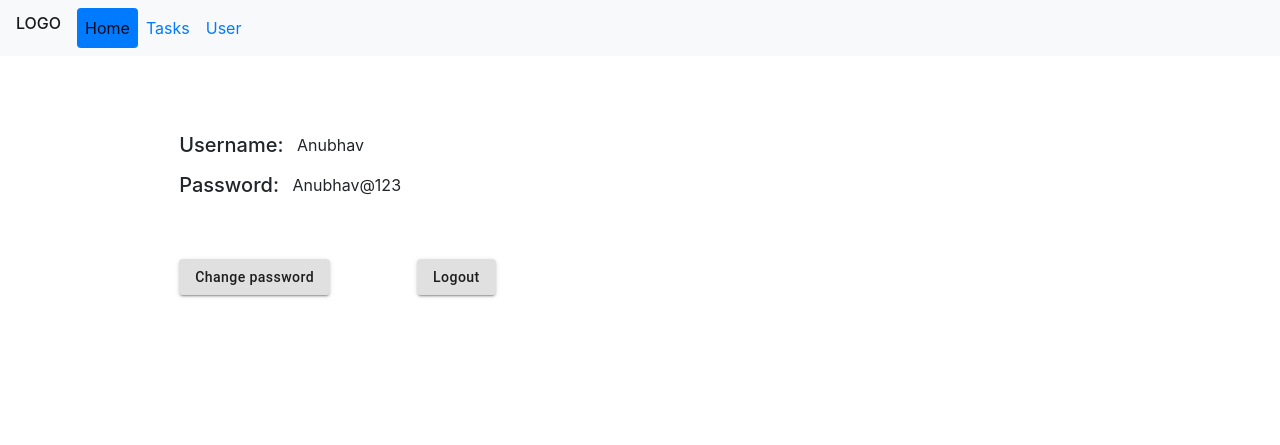
Repository: lalji-yadav/Nimapinfotech-demo-project
Page: /user
The author's editor kept a copy of each file at every save. The page is drawn from the files as they stood at one save, then again after the next save.
The browser window is 1280 px wide. The pictures show the whole page.
The project was rebuilt for these pictures with package versions that can differ from the ones it lists, and the page was loaded fresh each time. Also part of the build but not shown: src/components/Home.js, src/components/Tasks.js, src/components/Login.js.

Above is the page before, as saved 2021-01-18 11:40:45.

After the next save:
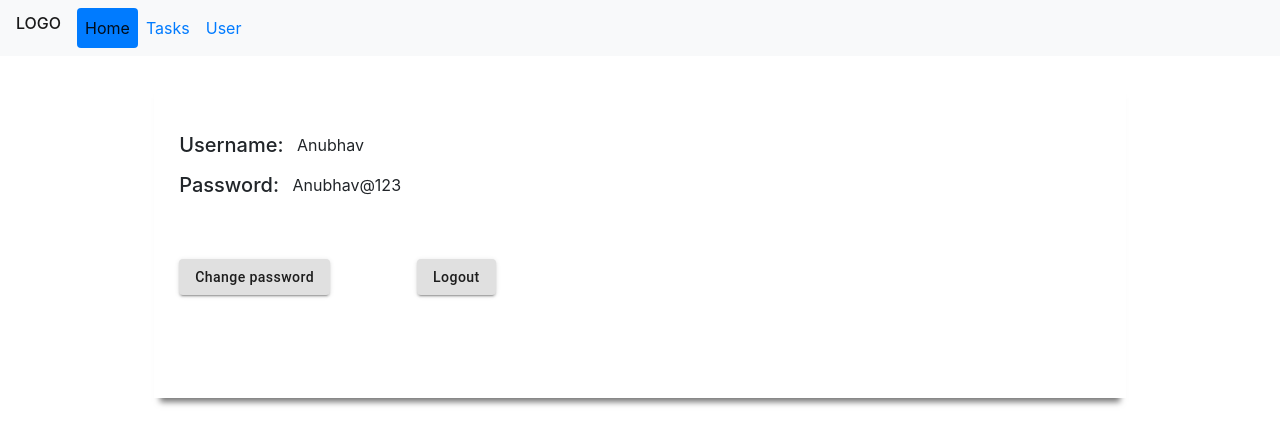
Saved 18 s later.
--- a/src/components/Users.js
+++ b/src/components/Users.js
@@ -56,7 +56,7 @@ const User=()=> {
     }
 
      return (
-            <div style={{margin:"2% 12% 3% 12%", padding:'4% 2% 8% 2%'}}>
+            <div className="effect1" style={{margin:"2% 12% 3% 12%", padding:'4% 2% 8% 2%'}}>
                 {
                     values.text=== 'Change password' ?
                      <div className=" col-sm-5">
